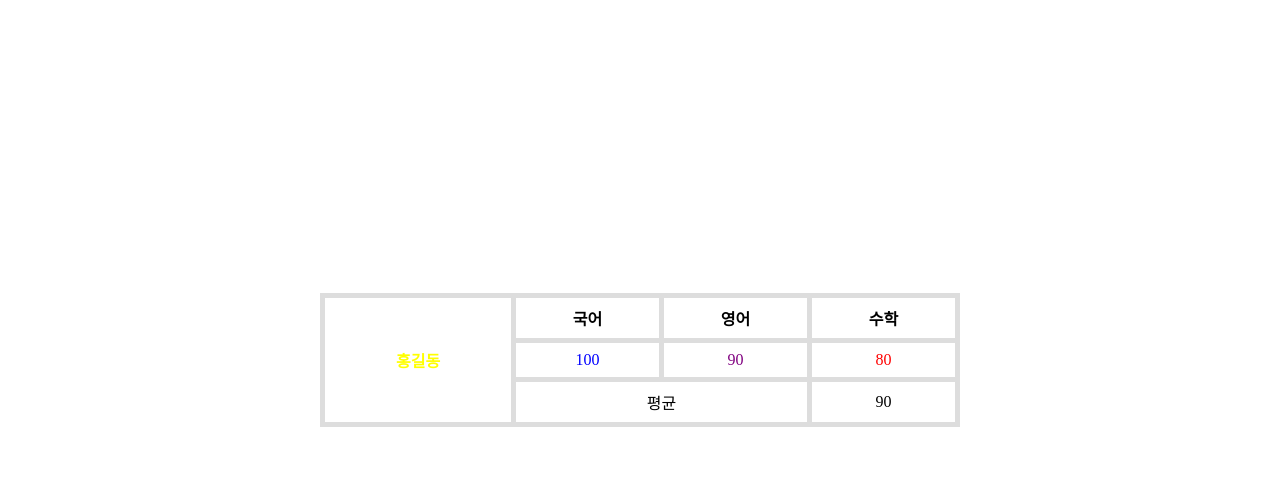
Repository: tjdwlsaos22/TJ_JSP
Page: jsp/HTML/src/main/webapp/Lec04.html
The author's editor kept a copy of each file at every save. The page is drawn from the files as they stood at one save, then again after the next save.
The browser window is 1280 px wide. The pictures show the whole page.

Above is the page before, as saved 2024-01-17 03:21:04.

### jsp/HTML/src/main/webapp/Lec04.html
<!DOCTYPE html>
<html>
	<head>
	 	<meta charset="UTF-8">
  		<meta name="viewport" content="width=device-width, initial-scale=1.0">
		<meta charset="UTF-8">
		<title>Table Tag</title>
		<style>
   		 body {
      	display: flex;
      	align-items: center;
      	justify-content: center;
      	height: 100vh;
      	margin: 0;
    	}

    	table {
      	border-collapse: collapse;
      	width: 50%; /* 테이블의 너비를 조절할 수 있습니다. */
    	}

    	th, td {
     	border: 5px solid #ddd;
      	padding: 8px;
     	text-align: center;
    }
  </style>
	</head>
	<body>

		<table border="5">
			<tr>
				<th rowspan="3"><font color="yellow">홍길동</font></th>
				<th>국어</th>
				<th>영어</th>
				<th>수학</th>
			</tr>
			<tr>
				<td align="center"><font color="blue">100</font></td>
				<td align="center"><font color="purple">90</font></td>
				<td align="center"><font color="red">80</font></td>
			</tr>
			<tr>
				<td colspan="2" align="center">평균</td>
				<td>90</td>
			</tr>
		</table>
	</body>
</html>

After the next save:
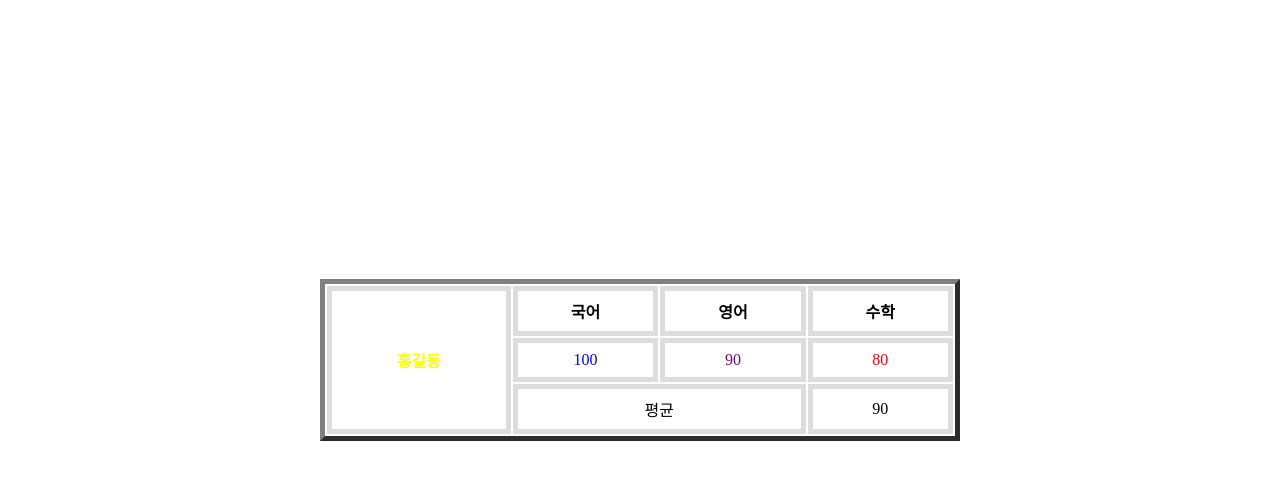
Saved 33 s later.
--- a/jsp/HTML/src/main/webapp/Lec04.html
+++ b/jsp/HTML/src/main/webapp/Lec04.html
@@ -15,7 +15,7 @@
     	}
 
     	table {
-      	border-collapse: collapse;
+
       	width: 50%; /* 테이블의 너비를 조절할 수 있습니다. */
     	}
 
